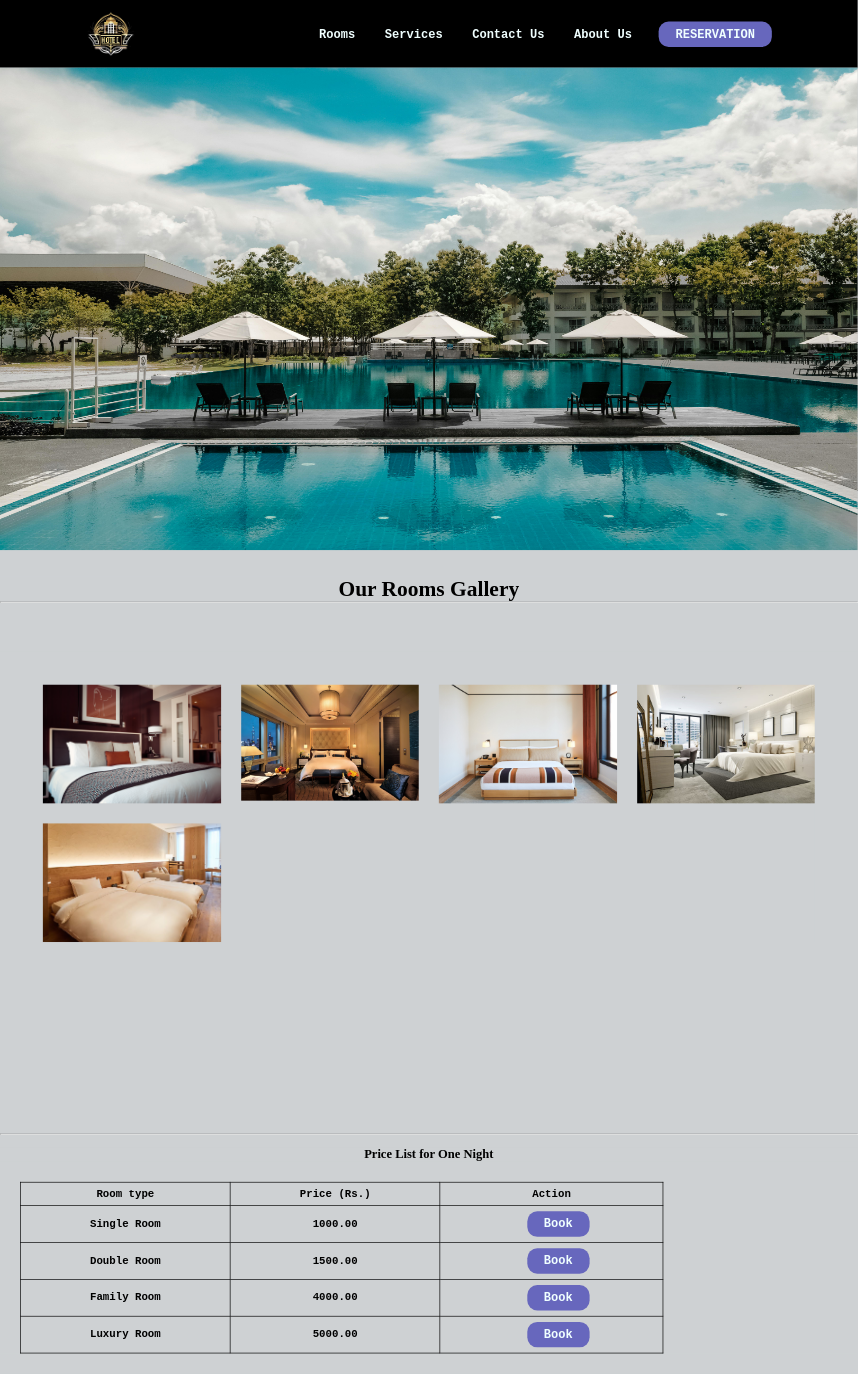
Repository: DhananjayaLakshan/Uom-Web_Design_For_Beginners
Page: Final Assignment/index.html
An editor plug-in stored every save of this project. The page is shown before and after the next save, followed by the edit.
The browser window is 1280 px wide. The pictures show the whole page, at 67% of full size.

Above is the page before, as saved 2023-11-29 16:06:21.

After the next save:
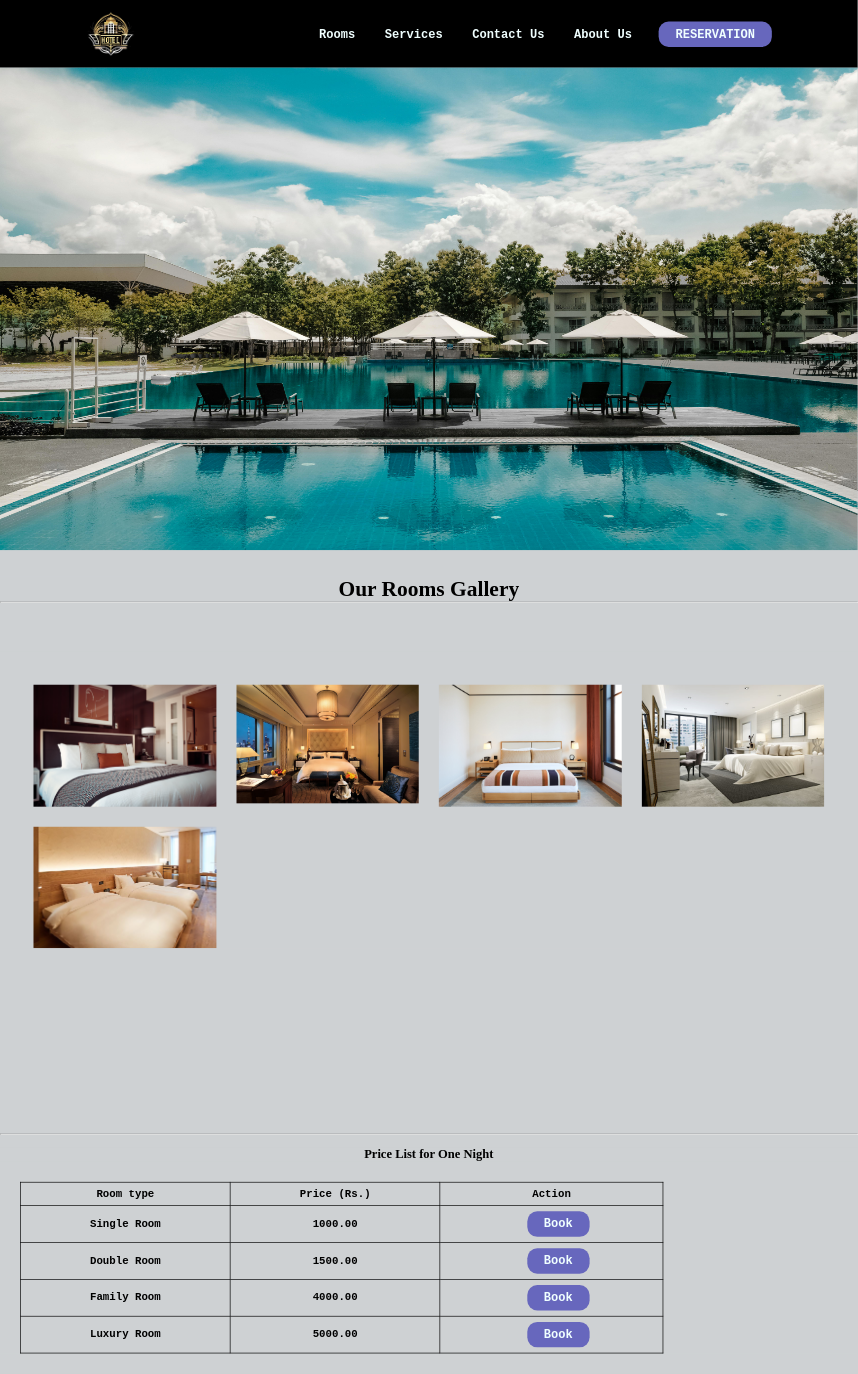
Saved 9 s later.
--- a/Final Assignment/style.css
+++ b/Final Assignment/style.css
@@ -84,7 +84,7 @@ background-color:black;
     min-height: 100vh;
     align-items:center;
     justify-content: center;
-    padding: 50px 5%;
+    padding: 50px 50px;
 }
 
 .gallery{
